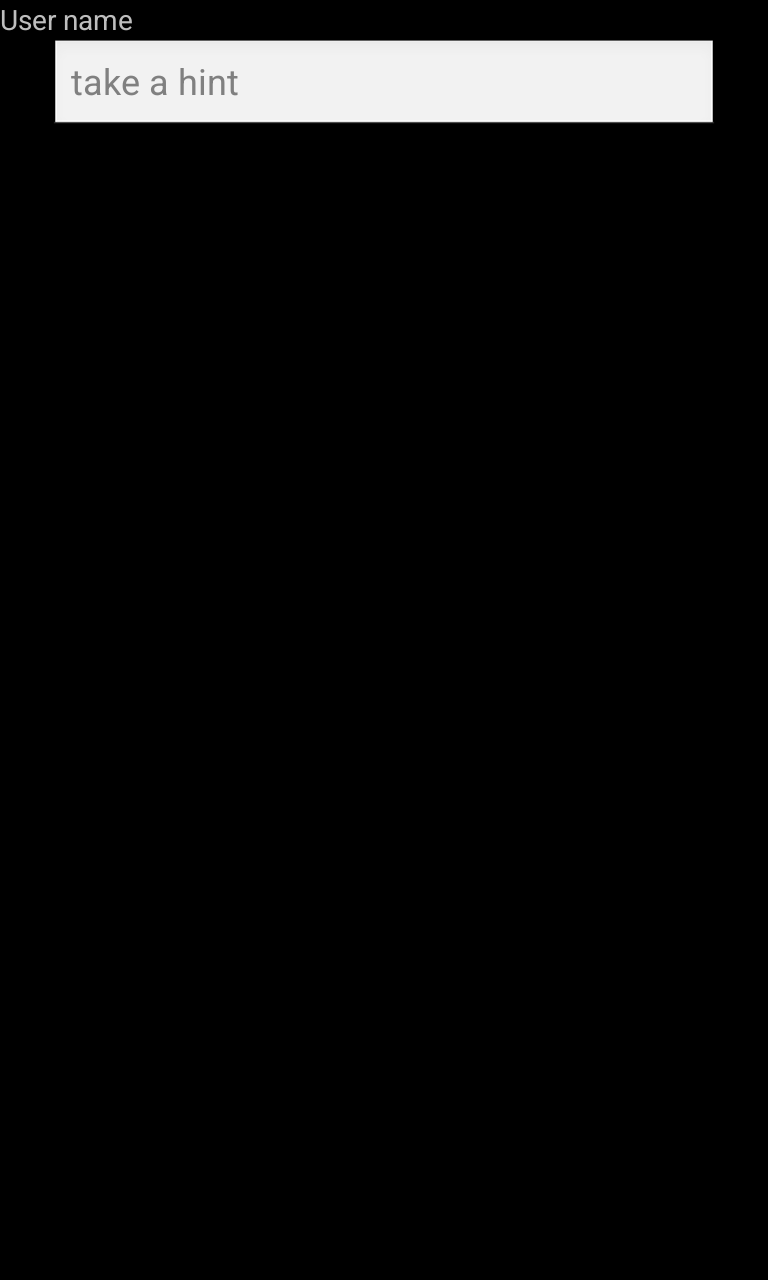
Repository: sergioenriquez/CSTE
Layout: HNAD/res/layout/login.xml
An editor plug-in stored every save of this project. The layout is shown before and after the next save, followed by the edit.
It is drawn on a 768 x 1280 px phone screen (xhdpi) without system bars, with theme android:Theme.NoTitleBar; the app's code is not run.

Above is the layout before, as saved 2011-12-18 03:05:26.

After the next save:
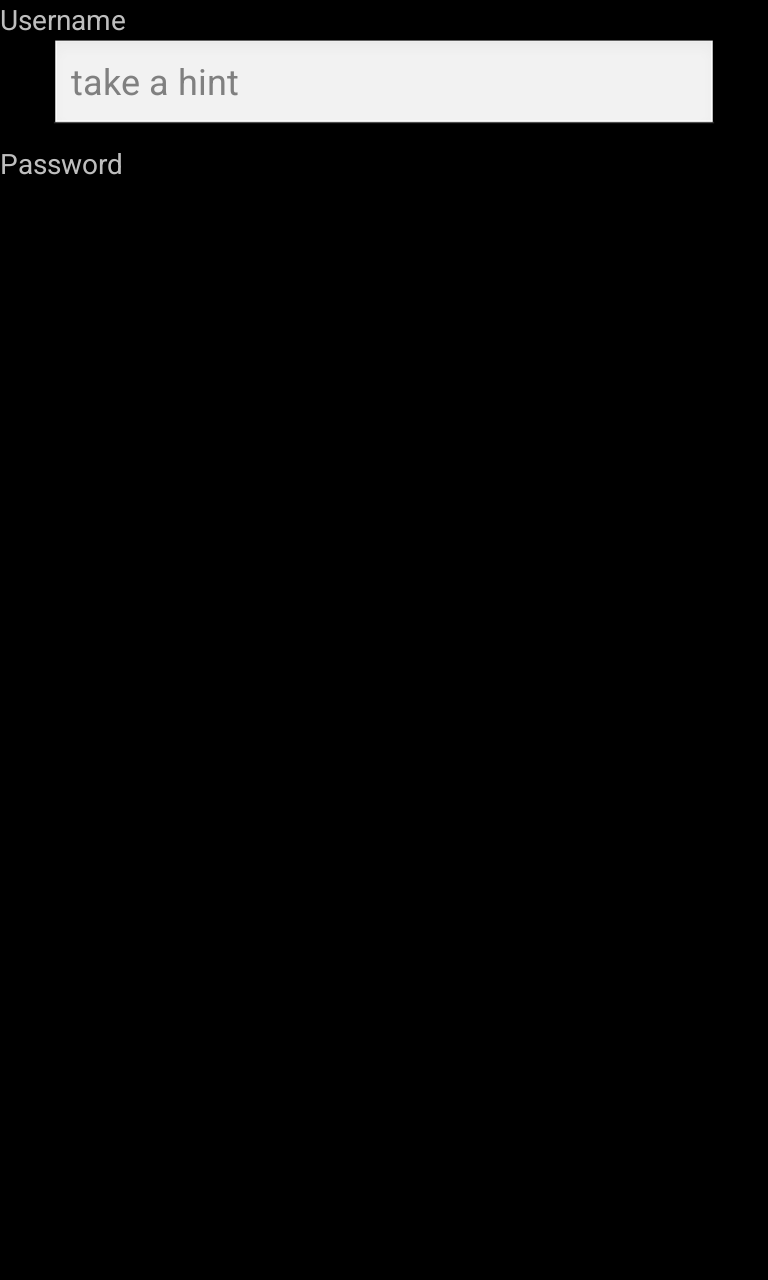
Saved 24 s later.
--- a/HNAD/res/layout/login.xml
+++ b/HNAD/res/layout/login.xml
@@ -7,9 +7,8 @@
 <TextView
     android:layout_width="fill_parent"
     android:layout_height="wrap_content"
-    android:text="User name"
+    android:text="Username"
     />
-
 <EditText
         android:id="@+id/authUserLink"
         android:layout_width="match_parent"
@@ -20,4 +19,9 @@
         android:inputType="text"
         android:singleLine="true"
         android:hint="take a hint" />
+<TextView
+    android:layout_width="fill_parent"
+    android:layout_height="wrap_content"
+    android:text="Password"
+    />
 </LinearLayout>
